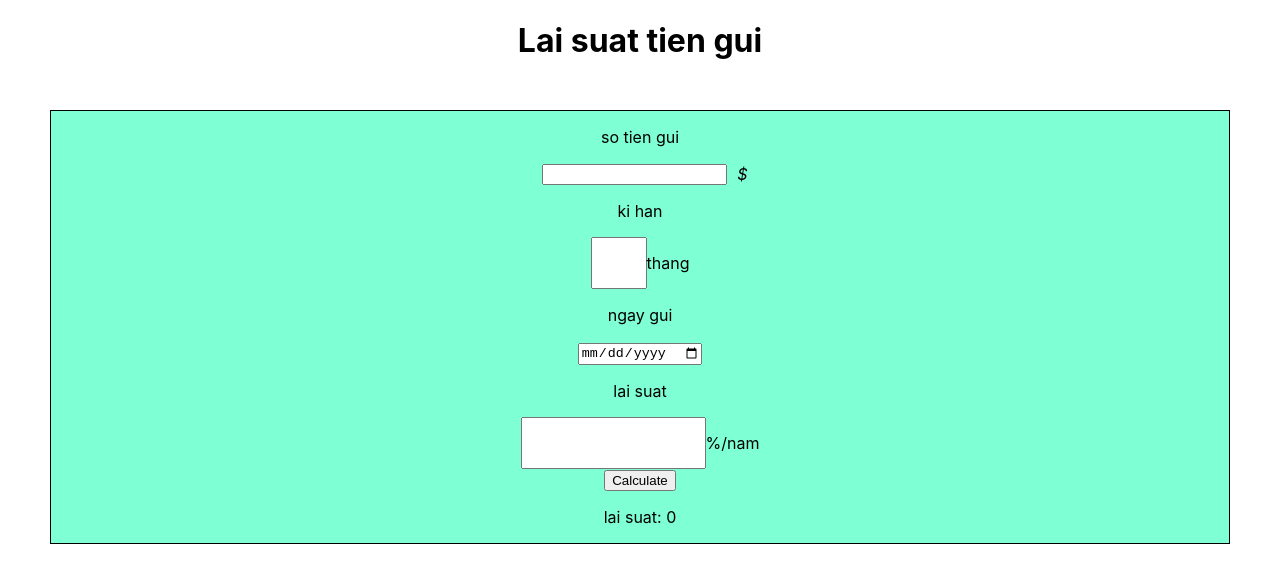
Repository: Trinvm1997/ReactExercise
Page: / (app in interest_rate/)
An editor plug-in stored every save of this project. The page is shown before and after the next save, followed by the edit.
The browser window is 1280 px wide. The pictures show the whole page.
The project was rebuilt for these pictures with package versions that can differ from the ones it lists, and the page was loaded fresh each time.

Above is the page before, as saved 2020-12-24 10:08:32.

### interest_rate/src/App.js
import './App.css';
import React, { Component } from 'react';

class App extends Component {
  constructor(props) {
    super(props);
    this.state = {
      money:0,
      time:0,
      interestRate:0,
      interest:0
    };
    this.handleChange = this.handleChange.bind(this);
    this.handleSubmit = this.handleSubmit.bind(this);
  }

  handleChange(event) {
    const value = event.target.value;
    const name = event.target.name;
    this.setState({
      [name]: value
    });
  }

  handleSubmit(event){
    event.preventDefault();
    this.setState({
      interest: this.state.money*(this.state.time/12)*this.state.interestRate
    })
  }

  render() {
    return (
      <div className="App">
        <h1>Lai suat tien gui</h1>
        <form>
          <p>so tien gui</p>
          <div style={{display: "inline-flex"}}>
            <input onChange={this.handleChange} name="money" type="number" min="1" step="1"></input><i>$</i>
          </div>
          <p>ki han</p>
          <div style={{display: "inline-flex"}}>
            <input onChange={this.handleChange} name="time" type="number" min="1" max="36" step="1"></input><p>thang</p>
          </div>
          <p>ngay gui</p>
          <input type="date"></input>
          <p>lai suat</p>
          <div style={{display: "inline-flex"}}>
            <input onChange={this.handleChange} name="interestRate" type="number" step="0.01"></input><p>%/nam</p>
          </div>
          <br />
          <button onClick={this.handleSubmit}>Calculate</button>
          <p>lai suat: {this.state.interest}</p>
        </form>
      </div>
    );
  }
}

export default App;

### interest_rate/src/App.css
.App {
  text-align: center;
}

.App-logo {
  height: 40vmin;
  pointer-events: none;
}

@media (prefers-reduced-motion: no-preference) {
  .App-logo {
    animation: App-logo-spin infinite 20s linear;
  }
}

.App-header {
  background-color: #282c34;
  min-height: 100vh;
  display: flex;
  flex-direction: column;
  align-items: center;
  justify-content: center;
  font-size: calc(10px + 2vmin);
  color: white;
}

.App-link {
  color: #61dafb;
}

i {
  margin-left: 5%;
}

@keyframes App-logo-spin {
  from {
    transform: rotate(0deg);
  }
  to {
    transform: rotate(360deg);
  }
}

form {
  margin: 50px;
  border: 1px solid black;
  background-color: aquamarine;
}

Loaded but not shown: interest_rate/public/index.html (common file); interest_rate/src/index.js (common file); interest_rate/src/index.css (common file); interest_rate/src/reportWebVitals.js (common file)

After the next save:
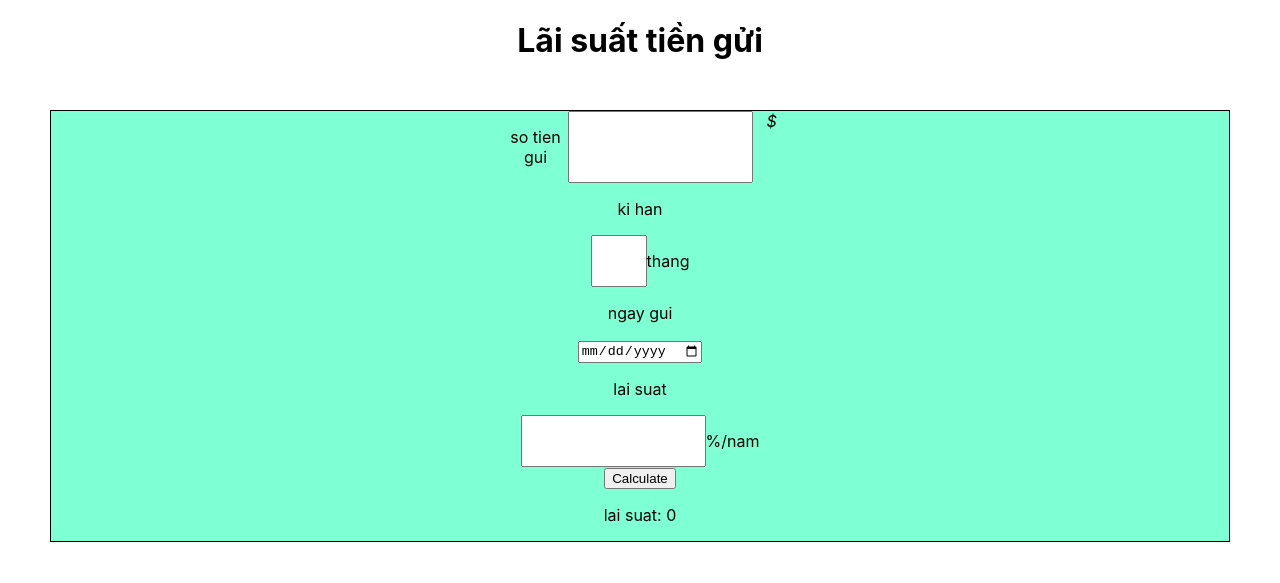
Saved 38 s later.
--- a/interest_rate/src/App.js
+++ b/interest_rate/src/App.js
@@ -32,11 +32,11 @@ class App extends Component {
   render() {
     return (
       <div className="App">
-        <h1>Lai suat tien gui</h1>
+        <h1>Lãi suất tiền gửi</h1>
         <form>
-          <p>so tien gui</p>
+
           <div style={{display: "inline-flex"}}>
-            <input onChange={this.handleChange} name="money" type="number" min="1" step="1"></input><i>$</i>
+          <p>so tien gui</p><input onChange={this.handleChange} name="money" type="number" min="1" step="1"></input><i>$</i>
           </div>
           <p>ki han</p>
           <div style={{display: "inline-flex"}}>
